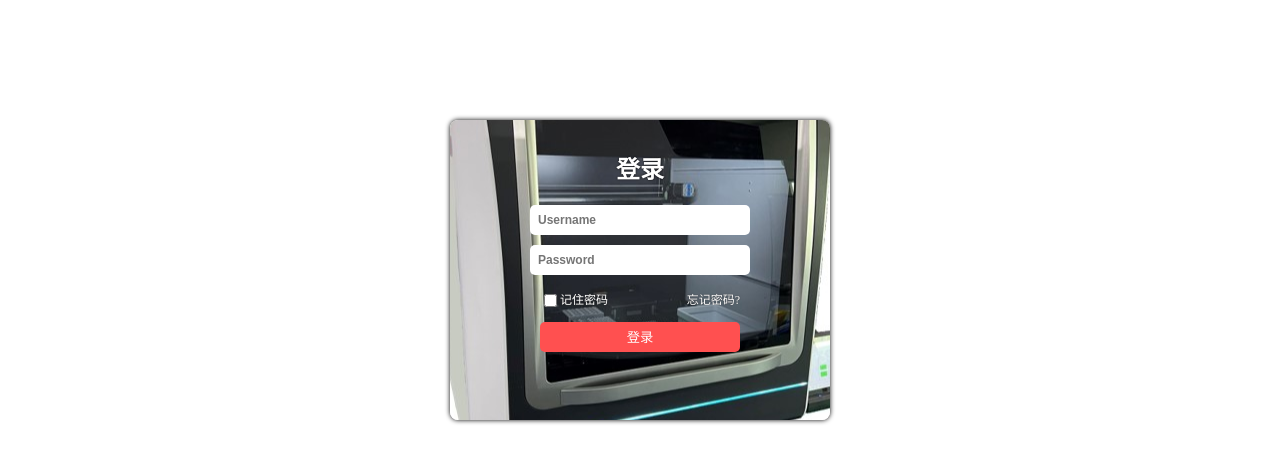
Repository: dnttalk/Ngs_arm1
Page: public/login.html
The author's editor kept a copy of each file at every save. The page is drawn from the files as they stood at one save, then again after the next save.
The browser window is 1280 px wide. The pictures show the whole page.

Above is the page before, as saved 2023-07-07 14:57:30.

### public/login.html
<!DOCTYPE>
<html>

<head>
    <meta http-equiv="Content-Type" content="text/html; charset=utf-8" />
    <title>Login</title>
    <style>
        #login_div {
            margin: 120px auto;
            width: 380px;
            height: 300px;
            background: rgba(255, 255, 255, 0.2);
            background: url(images/img3.jpg) no-repeat center center;
            border-radius: 8px;
            box-shadow: 0 0 5px #000;
            text-align: center;
            font-family: "幼圆";
            color: #fff;
            text-shadow: 0 0 2px #000;
        }

        .login_input {
            width: 220px;
            height: 30px;
            font-size: 12px;
            border: 0;
            border-radius: 5px;
            margin-top: 10px;
            outline: none;
            position: relative;
            top: 20px;
            padding: 8px;
            color: #ff5000;
            font-weight: bolder;
        }

        #login_div>h2 {
            position: relative;
            top: 30px;
            color: #fff;
        }

        #login {
            width: 200px;
            height: 30px;
            border-radius: 5px;
            color: #fff;
            background: #ff5050;
            border: 0;
            padding: 0;
            cursor: pointer;
            position: relative;
            top: 30px;
        }

        #remember {
            width: 200px;
            height: 30px;
            border: 0;
            margin: auto;
            font-size: 12px;
            padding: 0;
            position: relative;
            top: 30px;
        }

        #remember p {
            margin-top: 5px;
            border: 0;
            padding: 0;
            line-height: 20px;
            height: 20px;
            width: 100px;
            float: left;
            text-shadow: 0 0 1px #333;
            position: relative;
            text-align: left;
            cursor: pointer;
        }

        #login_div a {
            text-shadow: 0 0 1px #000;
            font-size: 12px;
            width: 55px;
            height: 30px;
            position: relative;
            margin-left: 310px;
            margin-top: 70px;
            display: block;
            text-decoration: underline;
            cursor: pointer;
        }
    </style>
</head>

<body>
    <form action="" method="post">
        <div id="login_div">
            <h2>登录</h2>
            <input class="login_input" name="user" id="user" type="text" placeholder="Username" autofocus
                autocomplete="off" />
            <br />
            <input class="login_input" name="pwd" id="pwd" type="password" placeholder="Password" />
            <br />
            <div id="remember">
                <p>
                    <input type="checkbox" style="vertical-align:-3px;" />记住密码
                </p>
                <p style="left:0;text-align:right">忘记密码?</p>
            </div>
            <input id="login" type="submit" value="登录" />

        </div>
    </form>

</body>
<script>
    var user = document.querySelector("#user")
    var pwd = document.querySelector('#pwd')
    var login = document.querySelector('#login')
    var form = document.querySelector('form')
    login.onclick = function (e) {
        if (user.value === '' || pwd.value === '') {
            e.preventDefault()
            alert("Username and password are required......")
        } else {
            form.action = '/users/login'
        }
    }
</script>

</html>

After the next save:
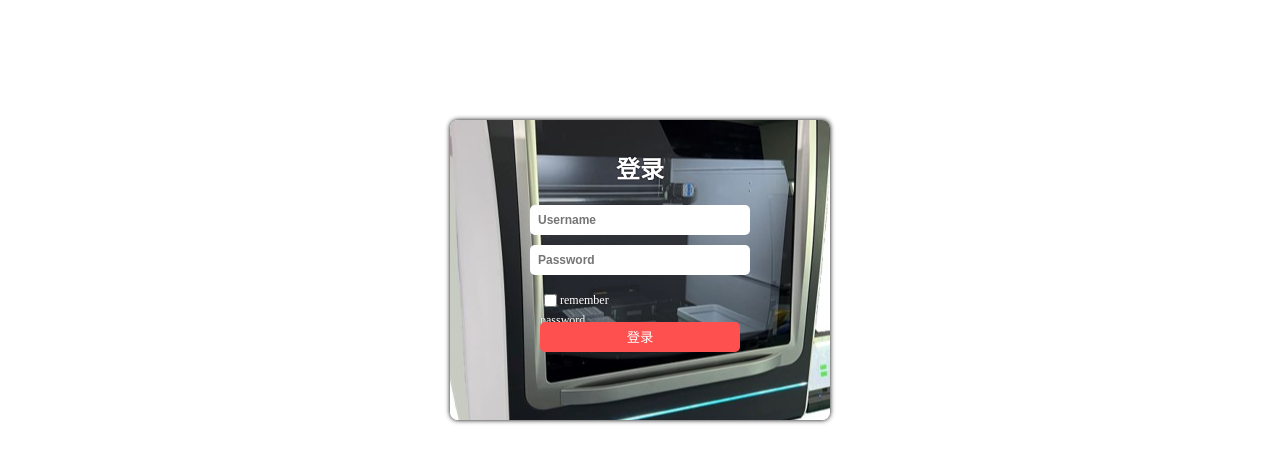
Saved 42 s later.
--- a/public/login.html
+++ b/public/login.html
@@ -104,9 +104,9 @@
             <br />
             <div id="remember">
                 <p>
-                    <input type="checkbox" style="vertical-align:-3px;" />记住密码
+                    <input type="checkbox" style="vertical-align:-3px;" />remember password
                 </p>
-                <p style="left:0;text-align:right">忘记密码?</p>
+
             </div>
             <input id="login" type="submit" value="登录" />
 
